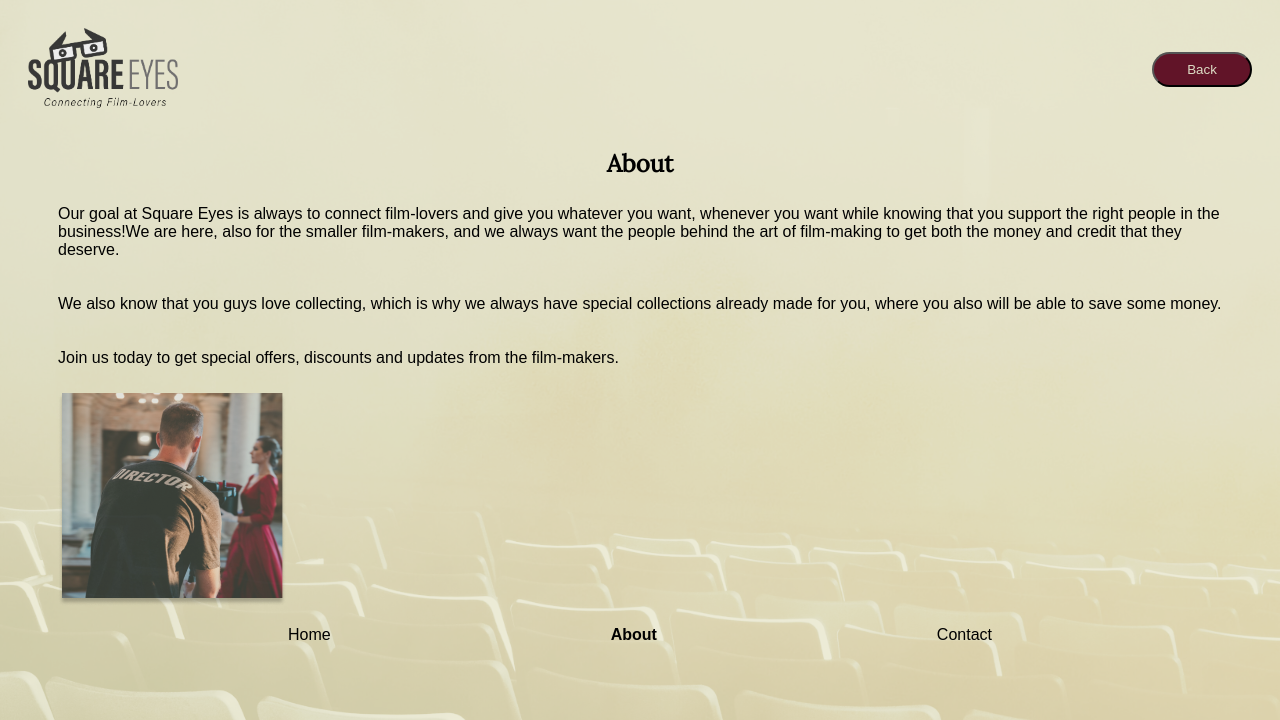
Repository: Noroff-FEU-Assignments/cross-course-project-Bekkholt
Page: about.html
An editor plug-in stored every save of this project. The page is shown before and after the next save, followed by the edit.
The browser window is 1280 px wide. The pictures show the whole page.

Above is the page before, as saved 2022-11-03 13:16:25.

After the next save:
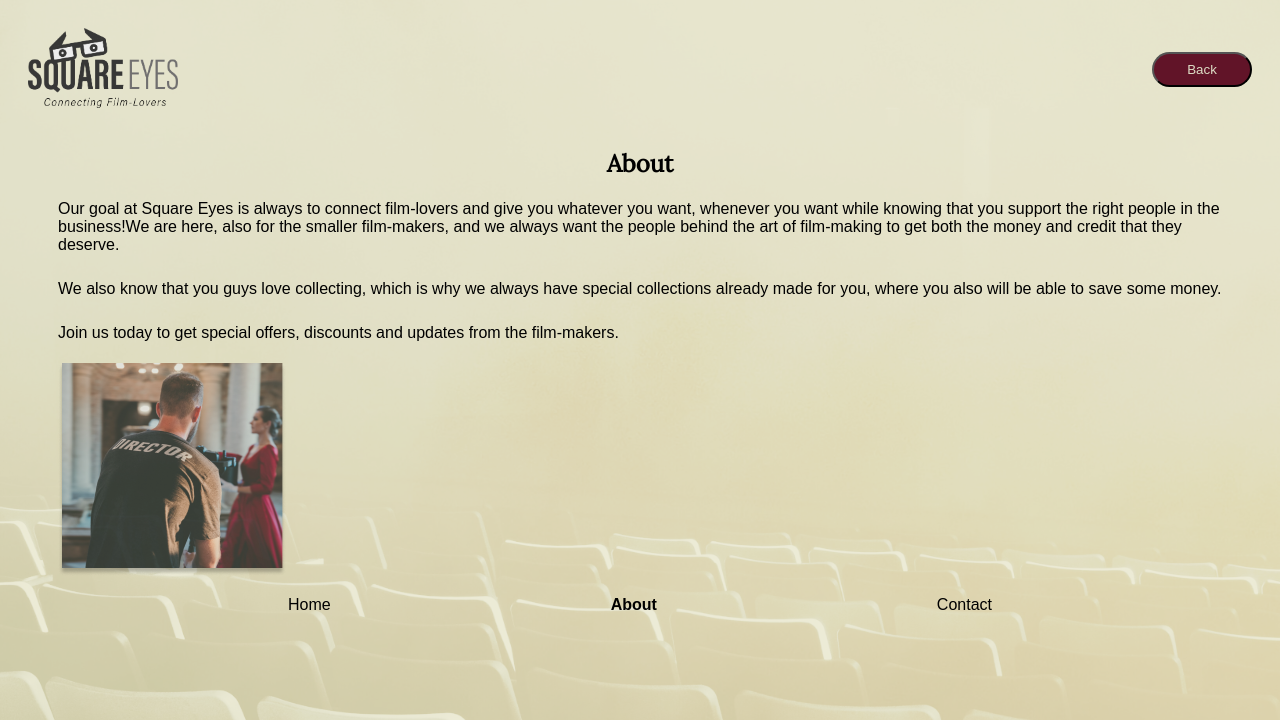
Saved 7 s later.
--- a/css/index.css
+++ b/css/index.css
@@ -19,7 +19,7 @@
     font-family: 'DM Sans', sans-serif;
     color: #000000;
     text-align: left;
-    padding: 10px 50px;
+    padding: 5px 50px;
 }
 
 form {
